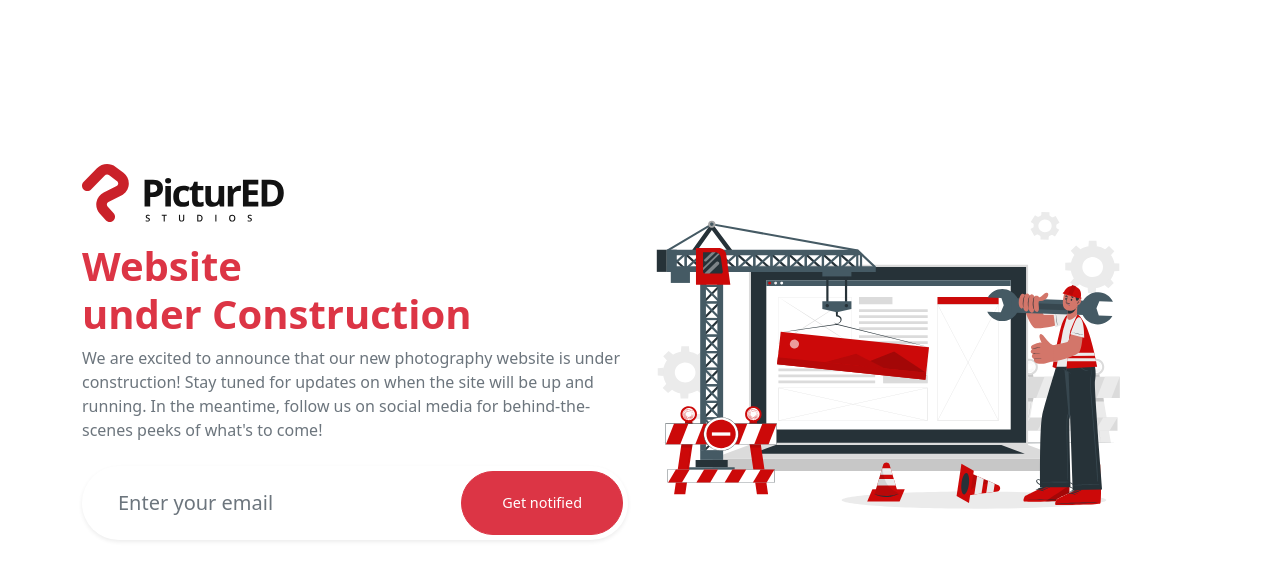
Repository: tHEO2k17/pictured
Page: /
These files come from the project's save history. The page is drawn as it stood at one moment and after the next save; the edit follows.
The browser window is 1280 px wide. The pictures show the whole page.
The project was rebuilt for these pictures with package versions that can differ from the ones it lists, and the page was loaded fresh each time.

Above is the page before, as saved 2022-09-14 14:34:17.

After the next save:
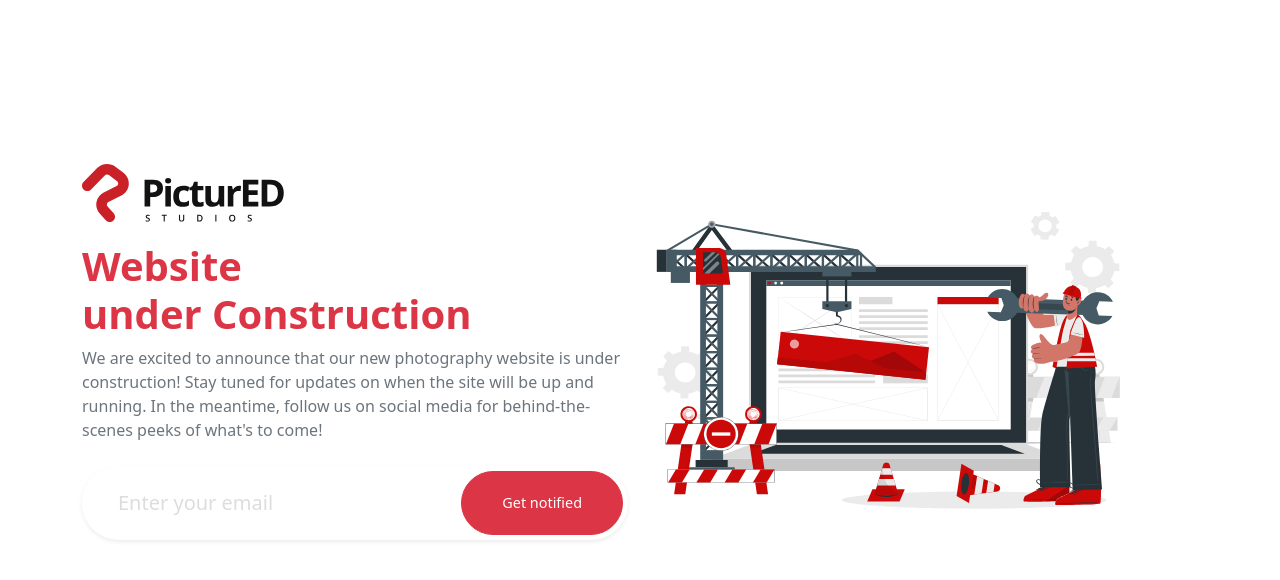
Saved 65 s later.
--- a/src/index.scss
+++ b/src/index.scss
@@ -23,3 +23,16 @@
   outline: 0;
   box-shadow: unset;
 }
+
+.form-control::placeholder { /* Chrome, Firefox, Opera, Safari 10.1+ */
+  color: #ddd;
+  opacity: 1; /* Firefox */
+}
+
+.form-control:-ms-input-placeholder { /* Internet Explorer 10-11 */
+  color: #ddd;
+}
+
+.form-control::-ms-input-placeholder { /* Microsoft Edge */
+  color: #ddd;
+}
